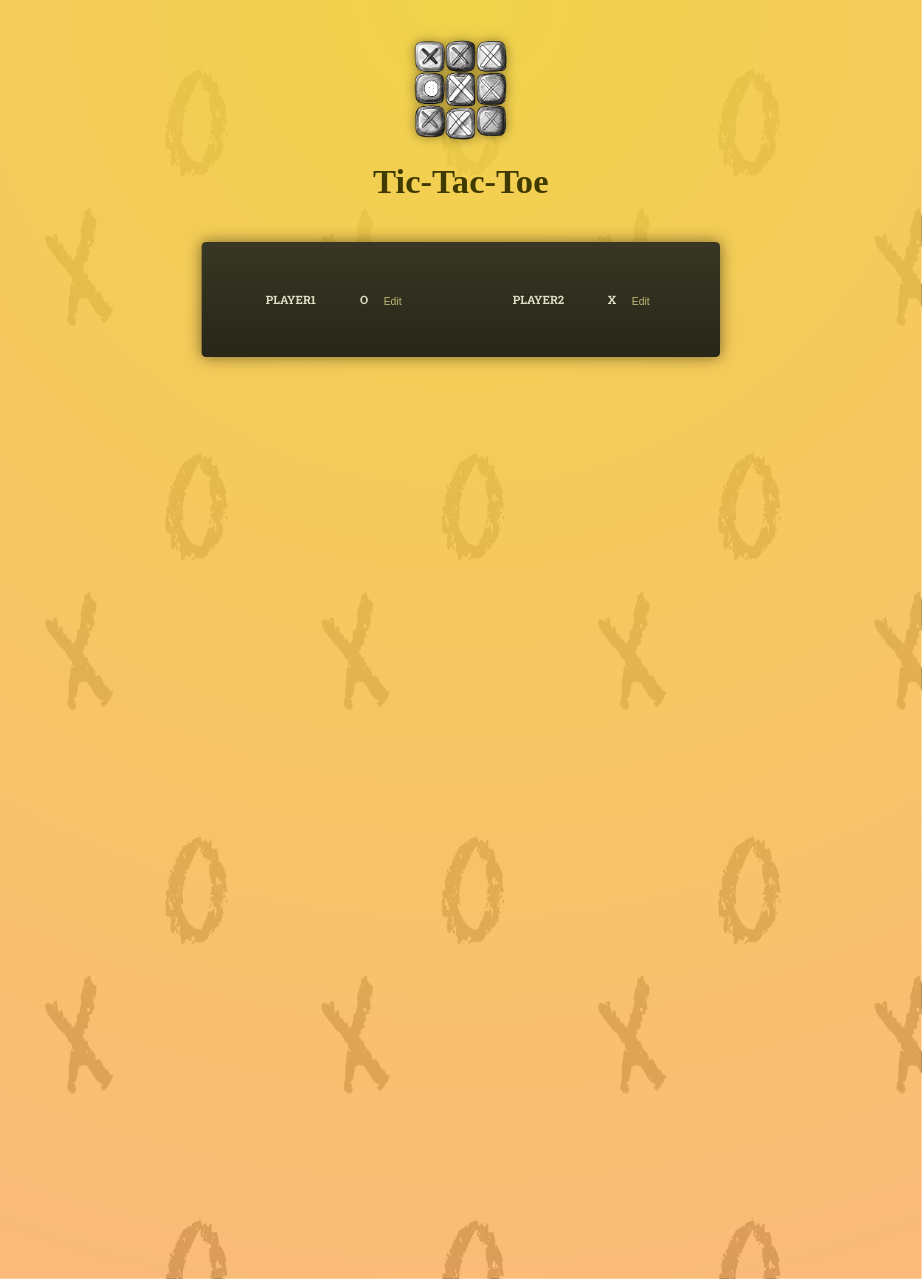
Repository: collyrium921/tic-tac-toe
Page: /
An editor plug-in stored every save of this project. The page is shown before and after the next save, followed by the edit.
The browser window is 1280 px wide. The pictures show the whole page, at 72% of full size.
Some web fonts or font styles are not loaded; a fallback is used. The project was rebuilt for these pictures with package versions that can differ from the ones it lists, and the page was loaded fresh each time. Also part of the build but not shown: vite.config.js.

Above is the page before, as saved 2024-05-23 18:18:45.

### index.html
<!DOCTYPE html>
<html lang="en">
  <head>
    <meta charset="UTF-8" />
    <link rel="icon" type="image/svg+xml" href="/game-logo.png" />
    <meta name="viewport" content="width=device-width, initial-scale=1.0" />
    <title>React Tic-Tac-Toe</title>
  </head>
  <body>
    <header>
      <img src="game-logo.png" alt="tic tac toe">
      <h1>Tic-Tac-Toe</h1>
    </header>
    <div id="root"></div>
    <script type="module" src="/src/index.jsx"></script>
  </body>
</html>

### src/App.jsx
import Player from "./components/Player";

function App() {
  return (
    <main>
      <div id="game-container">
        <ol id="players">
          <Player initialName="Player1" symbol="O" />
          <Player initialName="Player2" symbol="X" />
        </ol>
      </div>
    </main>
  );
}

export default App;

### src/components/Player.jsx
import { useState } from "react";
export default function Player({ initialName, symbol }) {
  const [playerName, setPlayerName] = useState(initialName);
  const [isEditing, setIsEditing] = useState(false);

  function handleEditClick() {
    //runs instantly which means noting will happen to the button value
    setIsEditing(editing=> !editing);
  }

  function handleChange(event){
    setPlayerName(event.target.value);
  }
  return (
    <li>
      <span className="player">
        {!isEditing ? (
          <span className="player-name">{playerName}</span>
        ) : (
          <input type="text" required value={playerName} onChange={handleChange} />
        )}
        <span className="player-symbol">{symbol}</span>
      </span>
      <button onClick={handleEditClick}>{isEditing?'Save':'Edit'}</button>
    </li>
  );
}

### src/components/GameBoard.jsx
const initialGameBoard = [
    [null, null,null],
    [null, null,null],
    [null, null,null]
]

export default function GameBoard(){
    return (
        <ol id="game-board">
            {initialGameBoard.map((row, rowIndex)=><li key={rowIndex}>
                <ol>
                    {row.map((playerSymbol, colIndex)=><li key={colIndex}>
                        <button>
                            {playerSymbol}
                        </button>
                    </li>)}
                </ol>
            </li>)}
        </ol>
    )
}

Loaded but not shown: src/index.jsx (common file); src/index.css (common file)

After the next save:
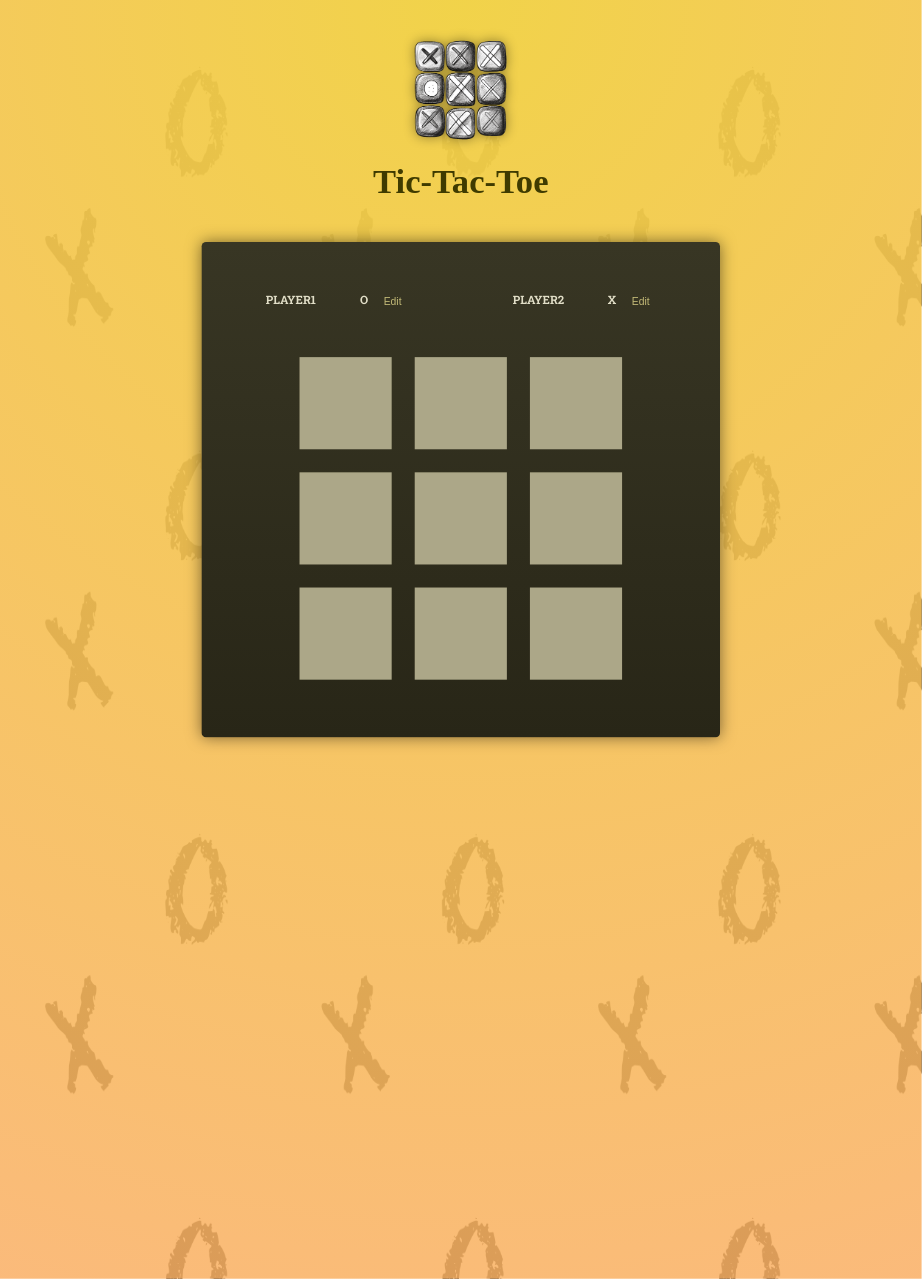
Saved 26 s later.
--- a/src/App.jsx
+++ b/src/App.jsx
@@ -1,3 +1,4 @@
+import GameBoard from "./components/GameBoard";
 import Player from "./components/Player";
 
 function App() {
@@ -8,6 +9,7 @@ function App() {
           <Player initialName="Player1" symbol="O" />
           <Player initialName="Player2" symbol="X" />
         </ol>
+        <GameBoard />
       </div>
     </main>
   );
